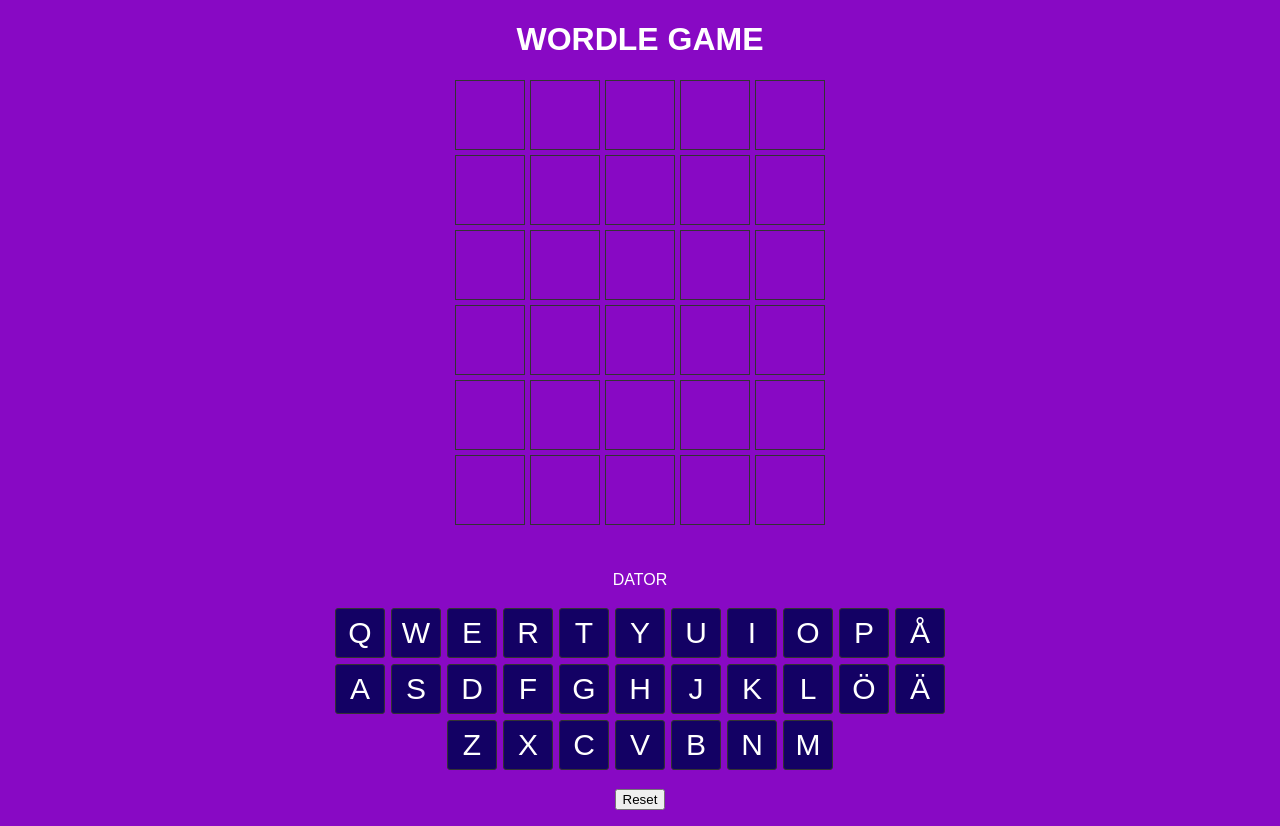
Repository: KarimIsaac/WorldeGame
Page: index.html
The author's editor kept a copy of each file at every save. The page is drawn from the files as they stood at one save, then again after the next save.
The browser window is 1280 px wide. The pictures show the whole page.

Above is the page before, as saved 2022-03-13 07:39:53.

### index.html
<!DOCTYPE html>
<html lang="en">
<head>
    <meta charset="UTF-8">
    <meta http-equiv="X-UA-Compatible" content="IE=edge">
    <meta name="viewport" content="width=device-width, initial-scale=1.0">
    <title>Worlde Game</title>
    <link rel="stylesheet" href="style.css">
</head>
<body>

    <h1>Wordle Game</h1>
    <div id="grid"></div>
    <p id="answer"></p>
    <div id="keyboard"></div>

    <p>
      <button onClick="init()">Reset</button>
      </o>

      <script src="script.js"></script>
</body>
</html>

### style.css
html,
body {
  text-align: center;
  background: rgb(136, 9, 196);
  color: white;
  text-transform: uppercase;
  font-family: sans-serif;
}

#grid {
  display: inline-grid;
  grid-template-rows: repeat(6, 70px);
  grid-template-columns: repeat(5, 70px);
  gap: 5px;
  margin-bottom: 30px;
}

#grid div {
  border: 1px solid #333;
  display: flex;
  align-items: center;
  justify-content: center;
  font-size: 40px;
}

#keyboard button {
  appearance: none;
  border: 1px solid #333;
  background: rgb(19, 1, 100);
  color: rgb(255, 255, 255);
  font-size: 30px;
  display: inline-block;
  width: 50px;
  height: 50px;
  line-height: 1;
  margin: 3px;
  text-transform: uppercase;
  border-radius: 3px;
}

.alert{
background-color: red;

}

### script.js
const grid = document.getElementById("grid");
const keyboard = document.getElementById("keyboard");

let answer = "";

const words = [
, "spela"
, "äpple"
, "hoppa"
, "dansa"
, "dator"
, "cykla"
, "skola"
, "TRÄNA"
];

let attempts = [];
let currentAttempt = "";

function drawGrid() {
  grid.innerHTML = "";

  for (i = 0; i < 6; i++) {
    for (j = 0; j < 5; j++) {
      const cell = document.createElement("div");
      grid.appendChild(cell);
    }
  }
}

function drawKeyboard() {
  keyboard.innerHTML = "";

  renderKeyboardRow("qwertyuiopå");
  renderKeyboardRow("asdfghjklöä");
  renderKeyboardRow("zxcvbnm");
}

function renderKeyboardRow(chars) {
  const row = document.createElement("div");

  for (const c of chars) {
    const key = document.createElement("button");
    key.textContent = c;
    key.onclick = () => playLetter(c);

    row.appendChild(key);
  }

  keyboard.appendChild(row);
}

function renderAttempts() {
  for (i = 0; i < attempts.length; i++) {
    const attempt = attempts[i];

    for (j = 0; j < 5; j++) {
      const letter = attempt[j];

      cell = grid.children[i * 5 + j];
      cell.textContent = letter;

      if (letter === answer[j]) {
        cell.style.backgroundColor = "green";
      } else if (answer.includes(letter)) {
        cell.style.backgroundColor = "#bfbf2e";
      } else {
        cell.style.backgroundColor = "#000";
      }
    }
  }
}

function renderCurrentAttempt() {
  for (i = 0; i < 5; i++) {
    const letter = currentAttempt[i] || "";

    cell = grid.children[attempts.length * 5 + i];
    cell.textContent = letter;
  }
}

function playLetter(letter) {
  currentAttempt = currentAttempt + letter;

  renderCurrentAttempt();
}

function handleInput(e) {
  const key = e.key.toLowerCase();

  if (key === "enter" && currentAttempt.length === 5) {
    attempts.push(currentAttempt);
    currentAttempt = "";

    renderAttempts();
  }

  if (key === "backspace" && currentAttempt.length) {
    const letters = currentAttempt.split("");
    letters.pop();
    currentAttempt = letters.join("");

    renderCurrentAttempt();
  }

  if (/^[a-z]$/.test(key) && currentAttempt.length < 5) {
    playLetter(key);
  }
}

function init() {
  attempts = [];
  currentAttempt = "";

  answer = words[Math.floor(Math.random() * words.length)];

  document.getElementById("answer").textContent = answer;

  drawGrid();
  drawKeyboard();

  renderAttempts();
  renderCurrentAttempt();

  document.removeEventListener("keydown", handleInput);
  document.addEventListener("keydown", handleInput);
}

init();

After the next save:
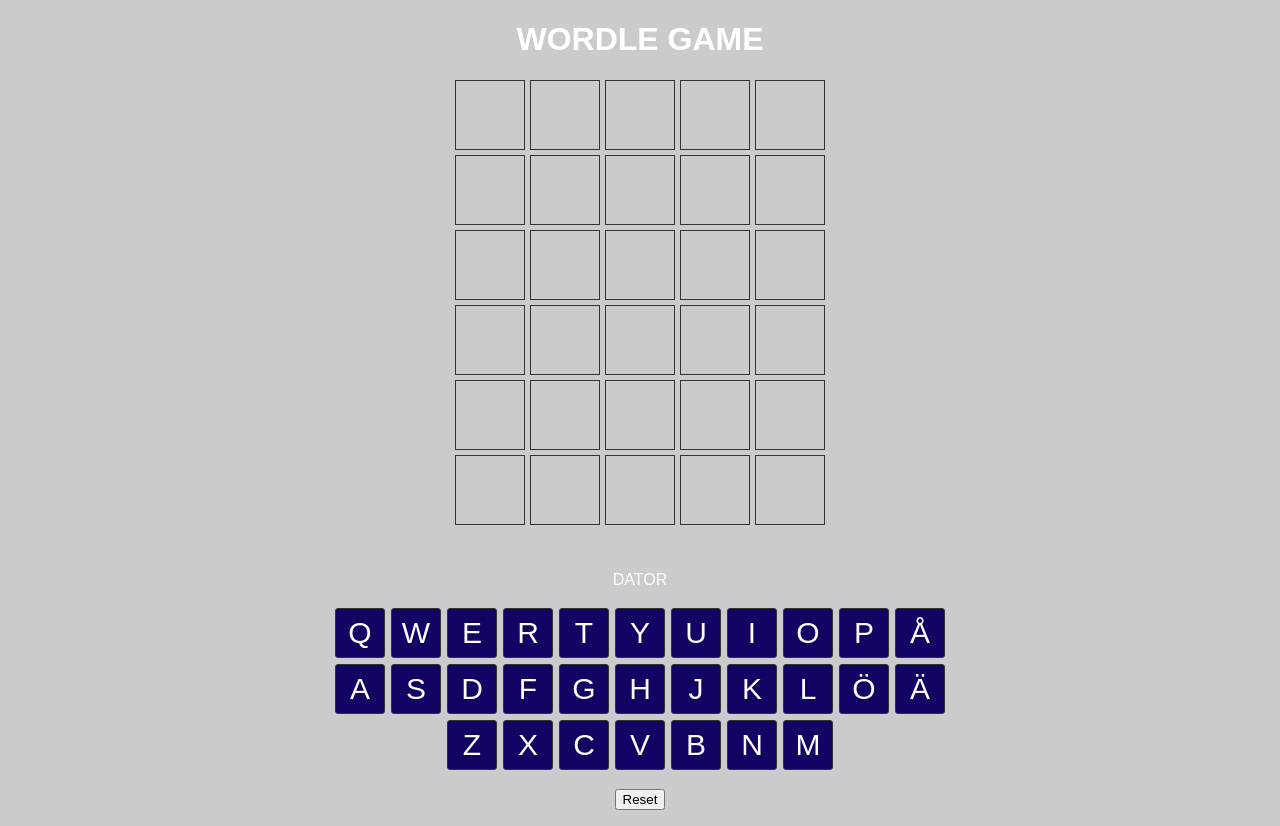
Saved 12 s later.
--- a/style.css
+++ b/style.css
@@ -1,7 +1,7 @@
 html,
 body {
   text-align: center;
-  background: rgb(136, 9, 196);
+  background: rgb(203, 202, 204);
   color: white;
   text-transform: uppercase;
   font-family: sans-serif;
